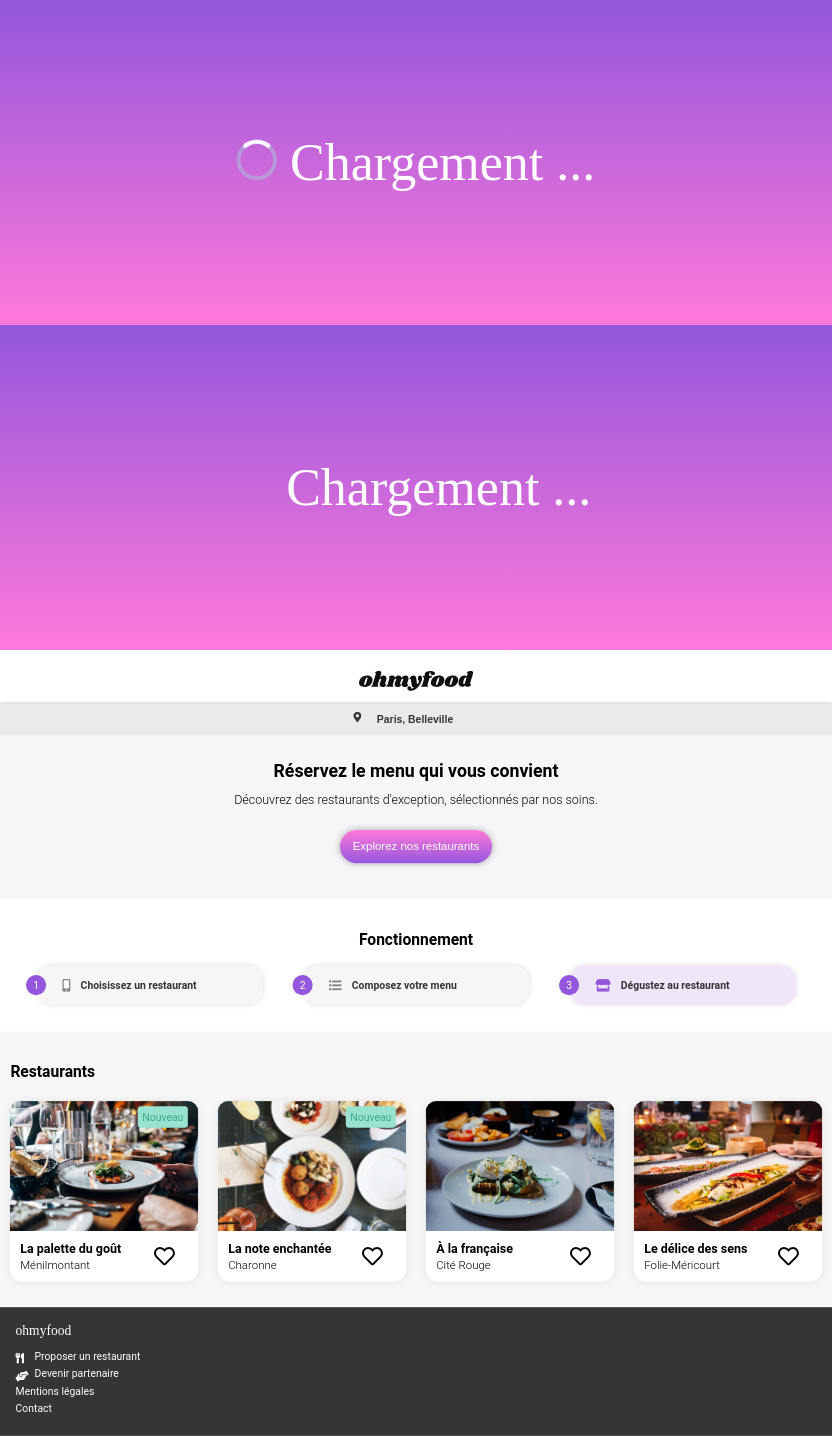
Repository: AlexisTisserand/AlexisTisserand_3_24112020
Page: index.html
An editor plug-in stored every save of this project. The page is shown before and after the next save, followed by the edit.
The browser window is 1280 px wide. The pictures show the whole page, at 65% of full size.
Some web libraries are served in a nearby version. The style sheet was rebuilt from its Sass, Less or Tailwind sources for each picture, by a compiler version that may differ from the author's.

Above is the page before, as saved 2020-12-09 15:23:10.

### index.html
<!DOCTYPE html>
<html lang="fr">

<head>
    <meta charset="UTF-8"/>
    <meta name="viewport" content="width=device-width, initial-scale=1">
    <meta name="descritpion" content="Site internet ohmyfood, composez votre menu et réservez dans les meilleurs restaurants de Paris.">
    <meta name="author" content="Alexis Tisserand">
    <link rel="stylesheet" href="https://use.fontawesome.com/releases/v5.4.1/css/all.css" integrity="sha384-5sAR7xN1Nv6T6+dT2mhtzEpVJvfS3NScPQTrOxhwjIuvcA67KV2R5Jz6kr4abQsz" crossorigin="anonymous">
    <link rel="stylesheet" href="style.css"/>
    <title>ohmyfood - Accueil</title>
</head>

<!--bloc_page-->
<body>

<!--LOADING SPINNER-->
<section class="section">
    <span class="loader loader-quart"></span>
    Chargement ...
</section>
<section class="section section-2">
    <span class="loader loader-double"></span>
    Chargement ...
</section>



<div id="bloc-page">

<!--HEADER-->

<header>

    <div class="logo">
        <img src="images/logo/ohmyfood@2x.svg" alt="Logo ohmyfood"/>
    </div>
    <div class="search-bar">
        <div class="search-bar-button"><i class="fas fa-map-marker-alt"></i></div>
        <input type="search" class="search-bar-text-input" placeholder="Saisissez votre ville" value="Paris, Belleville">
    </div>
</header>

<section id="description-ohmyfood">
    <h2>Réservez le menu qui vous convient</h2>
    <h3>Découvrez des restaurants d'exception, sélectionnés par nos soins.</h3>
    <button class="description-ohmyfood-explorer" type="button">Explorez nos restaurants</button>
</section>

<section id="fonctionnement">
    <h2>Fonctionnement</h2>
    <nav>
        <ul class="fonctionnement-nav">
            <li class="fonctionnement-nav-etape ">
                <span>1</span>
                <i class="fas fa-mobile-alt"></i>
                <h4>Choisissez un restaurant</h4>
            </li>
            <li class="fonctionnement-nav-etape ">
                <span>2</span>
                <i class="fas fa-list-ul"></i>
                <h4>Composez votre menu</h4>
            </li>
            <li class="fonctionnement-nav-etape active">
                <span>3</span>
                <i class="fas fa-store"></i>
                <h4>Dégustez au restaurant</h4>
            </li>
        </ul>
    </nav>
</section>

<section id="restaurants">

        <h2>Restaurants</h2>

        <a href="menu-la-palette-du-gout.html" class="card-restaurant">
            <img class="card-restaurant-img" src="images/restaurants/la_palette_du_gout-min.jpg" alt="La Palette du Goût"/>
            <div class="card-restaurant-nouveau">Nouveau</div>
            <div class="card-restaurant-legende">
                <div class="card-restaurant-legende-text">
                    <h4>La palette du goût</h4>
                    <h5>Ménilmontant</h5>
                </div>
                <div class="card-restaurant-legende-heart">
                    <span class="fa-stack">
                        <i class="far fa-heart fa-stack-2x"></i>
                    </span>
                </div>
            </div>
        </a>

        <a href="menu-la-note-enchantee.html" class="card-restaurant">
            <img class="card-restaurant-img" src="images/restaurants/la_note_enchantee-min.jpg" alt="La Note Enchantée"/>
            <div class="card-restaurant-nouveau">Nouveau</div>
            <div class="card-restaurant-legende">
                <div class="card-restaurant-legende-text">
                    <h4>La note enchantée</h4>
                    <h5>Charonne</h5>
                </div>
                <div class="card-restaurant-legende-heart">
                    <span class="fa-stack">
                        <i class="far fa-heart fa-stack-2x"></i>
                    </span>
                </div>
            </div>
        </a>

        <a href="menu-a-la-francaise.html" class="card-restaurant">
            <img class="card-restaurant-img" src="images/restaurants/a_la_française-min.jpg" alt="À La Française"/>
            <div class="card-restaurant-legende">
                <div class="card-restaurant-legende-text">
                    <h4>À la française</h4>
                    <h5>Cité Rouge</h5>
                </div>
                <div class="card-restaurant-legende-heart">
                    <span class="fa-stack">
                        <i class="far fa-heart fa-stack-2x"></i>
                    </span>
                </div>
            </div>
        </a>

        <a href="menu-le-delice-des-sens.html" class="card-restaurant">
            <img class="card-restaurant-img" src="images/restaurants/le_delice_des_sens-min.jpg" alt="Le Délice Des Sens"/>
            <div class="card-restaurant-legende">
                <div class="card-restaurant-legende-text">
                    <h4>Le délice des sens</h4>
                    <h5>Folie-Méricourt</h5>
                </div>
                <div class="card-restaurant-legende-heart">
                    <span class="fa-stack">
                        <i class="far fa-heart fa-stack-2x"></i>
                    </span>
                </div>
            </div>
        </a>
</section>

</div>

<footer>
    <h2>ohmyfood</h2>
    <div class="footer-img-text">
        <i class="fas fa-utensils"></i>
        <a href="#"><h3>Proposer un restaurant</h3></a>
    </div>
    <div class="footer-img-text">
        <i class="fas fa-hands-helping"></i>
        <a href="#"><h3>Devenir partenaire</h3></a>
    </div>
    <a href="#"><h3>Mentions légales</h3></a>
    <a href="mailto:ohmyfood@outlook.com"><h3>Contact</h3></a>
</footer>


</body>
</html>

### sass/style.scss
/*COULEURS VARIABLES*/
$primary: #9356DC;
$secondary: #FF79DA;
$tertiary: #99E2D0;
$color-text: #353535;
$color-background: #f6f6f6;
$color-box-shadow :#e5e5e5;

/*VARIABLES TAILLE ET FONT FAMILY*/
$font-family: 'roboto', 'Raleway', 'Trebuchet MS', 'Lucida Sans Unicode', 'Lucida Grande', 'Lucida Sans', Arial, sans-serif;;
$size: 1rem;

/*Extensions*/
.box-shadow{
    box-shadow: 0px 0px 8px 1px $color-box-shadow;
    color: $color-text;
    border: none;
    border-radius: 25px;
    width: 350px;
    background-color: $color-background;
}

.margin-plats{
    margin: 0.5rem 0 0rem 0.9rem;
}

.cercle{
    background-color: $primary;
    color: white;
    padding: 8px;
    border-radius: 50px;
    margin-right: 25px;
    margin-left: -15px;
    width: 15px;
    height: 15px;
    text-align: center;
    align-content: center;
    font-size: $size;
    line-height: 15px;
    font-weight: light;
}

/*Loading spinner*/
.section{
    background: linear-gradient($primary, $secondary);
    height: 500px;
    line-height: 500px;
    text-align: center;
    color: white;
    font-size: 5rem;
    font-family: 'Shrikhand';
}

.loader{
    width: 50px;
    height: 50px;
    display: inline-block;
    position: relative;
    &-quart{
        border-radius: 50px;
        border: 6px solid rgba($color: $tertiary, $alpha: 0.4);
        &::after{
            content: "";
            position: absolute;
            top: -6px;
            left: -6px;
            bottom: -6px;
            right: -6px;
            border: 6px solid transparent;
            border-radius: 50px;
            border-top: 6px solid white ;
            animation: spin 1s linear infinite;
            -webkit-animation: spin 1s linear infinite;
        }
    }
}

/*KEYFRAMES*/

@keyframes spin{
    from{
        transform: rotate(0deg);
    }
    to{
        transform: rotate(360deg);;
    }
}

@keyframes fadein{
    from{
        opacity: 0.4;
    }
    to{
        opacity: 1;
    }
}

body{
    background-color: white;
    font-family: $font-family;
    margin: auto;
}

a{
    text-decoration: none;
    color: black;
}

#bloc-page{
    width: 100%;
    margin: auto;
    max-width: 2000px;
    min-width: 100px;
}

/*HEADER*/

header{
    text-align: center;
    .logo{
        margin-top: $size + 1rem;
        img{
            width: $size + 10rem;
        }
    }
}

.search-bar{
    display: flex;
    background-color: #EAEAEA;
    box-shadow: 0px -2px 5px 0px #CFCFCF;
    height: $size + 2rem;
    margin-top: 1rem;
    align-items: center;
    justify-content: center;
    .fas{
        font-size: $size;
        margin-bottom: 1rem;
    }
    .search-bar-button{
        color: $color-text;
        font-size: $size + 0.5rem;
    }
    .search-bar-text-input{
        outline: none;
        padding: 0;
        background-color: #EAEAEA;
        border: none;
        color: $color-text;
        font-size: $size;
        font-weight: bold;
        text-align: center;
        width: 180px;
    }
}

/*SECTION DESCRIPTION*/

#description-ohmyfood{
    display: flex;
    flex-direction: column;
    background-color: $color-background;
    align-items: center;
    text-align: center;
    h2{
        font-size: $size + 0.7rem ;
        padding: $size;
        margin-bottom: 0;
        margin-top: $size + 0.5rem;
    }
    h3{
        font-size: $size + 0.2rem ;
        font-weight: 300;
        margin-top: 0;
        padding: $size - 0.5rem, $size + 1rem ;
    }
    button{
        font-size: $size + 0.1rem;
        margin-top: $size;
        font-weight: normal;
        color: white;
        background: linear-gradient($secondary, $primary);
        position: relative;
        border: none;
        box-shadow: 0px 0px 10px 1px #b6b3b3;
        border-radius: 40px;
        padding: 15px 20px;
        margin-bottom: $size + 2.5rem;
        transition: transform ease-in-out 500ms, opacity ease-in-out 500ms, box-shadow ease-in-out 500ms ;
        &:hover{
            opacity: 0.7;
            box-shadow: 0px 0px 7px 3px #484B4C;
            transform: scale(1.1);
            cursor: pointer;

        }
        &:active{
            border-style: none;
        }
        &:focus{
            outline:none;
        }
    }
}

/*FONCTIONNEMENT*/

#fonctionnement{
    display: flex;
    align-items: center;
    flex-direction: column;
    background-color: white;
    h2{
        margin: 3*$size $size $size;
    }
    ul{
        padding: 10px;
        margin-top: - $size;
    }
}

.fonctionnement-nav{
    display: flex;
    flex-wrap: wrap;
    justify-content: space-around;
    &-etape{
        display: flex;
        flex-direction: row;
        align-items: center;
        margin: 15px 30px ;
        transition: background-color ease-in-out 200ms, box-shadow ease-in-out 200ms, transform ease-in-out 200ms;
        @extend .box-shadow;
        &:hover{
        background-color: rgba($color:$primary, $alpha: 0.15);
        transform: scale(1.01);
        cursor: pointer;
        &:hover .fas{
        color: $primary;
        }
    }
    span{
        @extend .cercle;
    }
    .fas{
        margin-right: 15px;
        color: #7e7e7e;
        font-size: $size + 0.2rem;
        margin-right: $size;
        }
    }
    &-etape.active{
        background-color: rgba($color:$primary, $alpha: 0.15);
        .fas{
            color: $primary;
        }
    }
}

/*RESTAURANTS*/

#restaurants{
    display: flex;
    flex-direction: column;
    background-color: $color-background;
    padding-bottom: $size + 0.5rem;
    h2{
        margin: 3*$size $size $size;
    }
}

.card-restaurant{
    display: flex;
    position: relative;
    z-index: 1;
    flex-direction: column;
    background-color: white;
    border-radius: 20px;
    box-shadow: 0px 0px 8px 1px $color-box-shadow;
    margin: 15px;
    box-sizing: border-box;
    transition: ease-in-out 200ms;
    &:hover{
        transform: scale(1.01);
    }
    img{
    height: 200px;
    position: relative;
    z-index: 1;
    object-fit: cover;
    width: 100%;
    border-radius: 1rem 1rem 0 0;
    }
    &-nouveau{
        background-color: $tertiary;
        color: #39a98e;
        position: absolute;
        top: 8px;
        right: 16px;
        padding: 7px;
        border-radius: 5px;
        z-index: 2;
    }
    &-legende{
        display: flex;
        flex-direction: row;
        justify-content: space-between;
        &-text{
            display: flex;
            flex-direction: column;
            margin-left: $size;
            h4{
                font-size: $size + 0.2rem;
                margin-top: $size;
                margin-bottom: 0;
            }
            h5{
                margin-top: 0.2 * $size;
                margin-bottom: $size;
                font-weight: 300;
                font-size: $size + 0.1rem;
            }
        }
        &-heart{
            align-self: center;
            margin-right: 2 * $size;
            .far{
                &:hover{
                font-weight: 900;
                background:-moz-linear-gradient(top, $primary 0%, $secondary 100%);
                background: -webkit-linear-gradient(top, $primary 0%, $secondary 100%);
                background: linear-gradient(to bottom, $primary 0%, $secondary 100%);
                -webkit-background-clip: text;
                -moz-background-clip: text;
                background-clip: text;
                -webkit-text-fill-color: transparent;
                transition: font-weight ease-in-out 0s ;
                animation: fadein 900ms;
                background-position: 0 100%;
                cursor: pointer;
                }
            }
        }
    }
}

/*FOOTER*/

footer{
    padding: $size + 0.5rem;
    background-color: $color-text;
    color: white;
    h2{
        font-family: 'Shrikhand';
        font-weight: normal;
        font-size: $size + 0.3rem;
        margin-top: 0;
    }
    h3{
        margin: 0;
        font-weight: 400;
        margin-bottom: 0.5 * $size;
        font-size: initial;
    }
    .footer-img-text{
        display: flex;
        flex-direction: row;
        align-items: center;
        .fas{
            margin-right: $size;
            &.fa-hands-helping{
                margin-right: 0.58* $size;
            }
        }
    }
    a{
        color: white;
    }
}

/*********************************************************/
/*MEDIA QUERIES ACCUEIL*/
/*********************************************************/

/*LARGE DEVICES*/
@media screen and (min-width: 1268px){

    #restaurants{
        display: grid;
        grid-template-columns: repeat(4, 1fr);
        grid-template-rows: auto auto auto ;
        margin-bottom: 0px;
    }   h2{
        grid-column: 1/-1;
    }
}

/*MEDIUM DEVICES*/
@media screen and (max-width: 1267px){

    .fonctionnement-nav{
        justify-content: center;
        &-etape{
            width: 100%;
        }
    }

    #restaurants{
        display: grid;
        grid-template-columns: repeat(2, 1fr);
        grid-template-rows: auto auto auto ;
        h2{
            grid-column: 1/-1;
        }
    }
}

/*SMALL DEVICES*/
@media screen and (max-width: 660px){
    .fonctionnement-nav-etape{
        width: 100%;
    }

    #restaurants{
        display: grid;
        grid-template-columns: 1fr;
        grid-template-rows: auto auto auto ;
        h2{
            grid-column: 1/-1;
        }
    }
}

/*********************************************************/
/*MENU*/
/*********************************************************/

header{
    a{
        position: absolute;
        left: $size;
        color: $color-text;
        font-size: $size + 0.3rem;
        transition: opacity 0.5s;

        &:hover{
            opacity: 0.5;
        }
    }
}

.restaurant-img{
    img{
        object-fit: cover;
        width: 100%;
        height: 300px;
        margin-top: $size;
        position: relative;
        z-index: 0;
    }
}

.restaurant-menu{
    background-color: $color-background;
    border-radius: 50px 50px 0 0;
    margin-top: - 3rem;
    position: relative;
    display: flex;
    z-index: 1;
    flex-direction: column;
    width: 100%;
    &--titre{
        display: flex;
        flex-direction: row;
        justify-content: center;
        align-items: center;
        margin-top: $size;
        h2{
            font-family: 'Shrikhand';
            font-size: $size + 1rem;
            margin-right: $size + 0.5rem;
            margin-left: $size;
        }
    }
    &-carte{
        display: flex;
        flex-direction: row;
        flex-wrap: wrap;
    }
    h3{
        font-weight: 300;
        font-size: $size + 0.1rem;
        margin-left: $size;
        border-bottom: $tertiary 3px solid;
        width: 45px;
        padding-bottom: 10px;
    }
    &--plats{
        display: grid;
        grid-template-columns: 2.3fr 0.3fr 0.3fr;
        grid-template-rows: repeat(2, 1fr);
        gap: 0px 0px;
        background-color: white;
        box-shadow: 0px 0px 8px 1px $color-box-shadow;
        color: $color-text;
        border: none;
        border-radius: 13px;
        margin: 0 $size $size $size;
        width: 100%;
        cursor: pointer;
        overflow: hidden;
        text-overflow: ellipsis;
        &:hover .fas {
            transform: rotate(360deg);
        }
        &:hover &--checkbox{
            transform: translateX(0%);
        }
        &:hover &--prix{
            margin-right: 30%;
        }
        &--name{
            grid-area: 1 / 1 / 2 / 3;
        }
        &--accompagnements{
            grid-area: 2 / 1 / 3 / 2;
            display: flex;
            flex-direction: row;
            align-content: center;
            justify-content: space-between;
            h5{
                font-weight: 300;
                margin: 0rem 0 0.5rem 0.9rem;
                font-size: 1rem;
            }
        }
        &--prix{
            grid-area: 2 / 2 / 3 / 4;
            transition: margin-right 1s;
            p{
                font-weight: bold;
                margin: 0 ;
                text-align: end;
                margin-right: $size;
            }
        }
        &--checkbox{
            background-color: $tertiary;
            grid-area: 1 / 3 / 3 / 4;
            border-radius: 0 13px 13px 0;
            text-align: center;
            transform: translateX(100%);
            transform-origin: 100% 50%;
            transition: transform 1s;

            .fas{
                font-size: xx-large;
                margin: $size;
                color: white;
                transition: transform 1s;
            }
        }
        h4{
        @extend .margin-plats;
        font-size: $size + 0.1rem;
        }
    }
    button{
        width: 200px;
        align-self: center;
        font-size: $size + 0.1rem;
        margin-top: 3 * $size;
        font-weight: normal;
        color: white;
        background: linear-gradient($secondary, $primary);
        position: relative;
        border: none;
        box-shadow: 0px 0px 10px 1px #b6b3b3;
        border-radius: 40px;
        padding: 15px 20px;
        margin-bottom: 4 * $size;
        transition: transform ease-in-out 500ms, opacity ease-in-out 500ms, box-shadow ease-in-out 500ms ;
        &:hover{
            opacity: 0.7;
            box-shadow: 0px 0px 7px 3px #484B4C;
            transform: scale(1.1);
            cursor: pointer;
        }
        &:active{
            border-style: none;
        }
        &:focus{
            outline:none;
        }
    }
}


/*********************************************************/
/*MEDIA QUERIES MENUS*/
/*********************************************************/

/*LARGE DEVICES*/
@media screen and (min-width:660px){
    .restaurant-menu--titre{
        justify-content: space-between;
    }

    .restaurant-menu--plats{
        width: 100%;
    }

}

/*MEDIUM DEVICES*/
@media screen and (max-width: 1267px){


}

/*SMALL DEVICES*/
@media screen and (max-width: 660px){


}

After the next save:
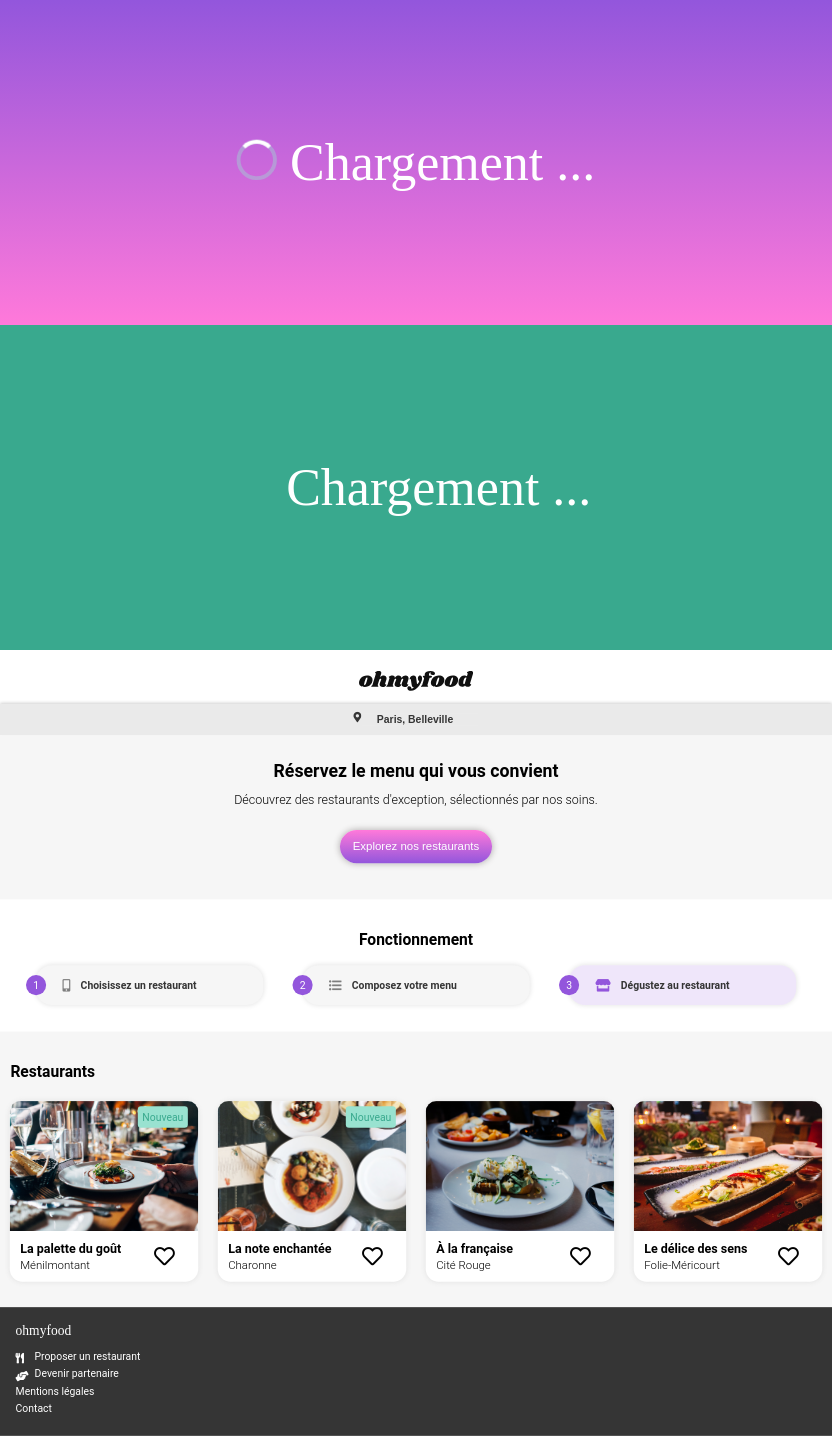
Saved 3 min 58 s later.
--- a/sass/style.scss
+++ b/sass/style.scss
@@ -50,7 +50,10 @@ $size: 1rem;
     font-size: 5rem;
     font-family: 'Shrikhand';
 }
-
+.section-2{
+    background: #39a98e;
+}
+/*Loader simple*/
 .loader{
     width: 50px;
     height: 50px;
@@ -75,6 +78,18 @@ $size: 1rem;
     }
 }
 
+/*loader cercle*/
+.loader{
+    &-circles{
+        border-radius: 50px;
+        border: 6px solid transparent;
+        border-top-color: white ;
+        animation: spin 1s linear infinite;
+        -webkit-animation: spin 1s linear infinite;
+}
+
+}
+
 /*KEYFRAMES*/
 
 @keyframes spin{
